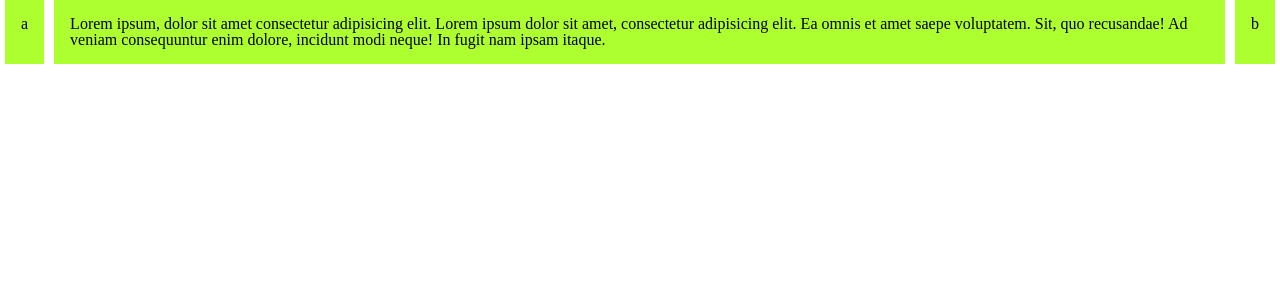
Repository: Giangattt123/HTML-CSS
Page: CSS/Flexbox/index.html
The author's editor kept a copy of each file at every save. The page is drawn from the files as they stood at one save, then again after the next save.
The browser window is 1280 px wide. The pictures show the whole page.

Above is the page before, as saved 2023-04-26 10:53:38.

### CSS/Flexbox/index.html
<!DOCTYPE html>
<html lang="en">
  <head>
    <meta charset="UTF-8" />
    <meta http-equiv="X-UA-Compatible" content="IE=edge" />
    <meta name="viewport" content="width=device-width, initial-scale=1.0" />
    <title>Flexbox</title>
    <link rel="stylesheet" href="style.css" />
    <link rel="stylesheet" href="reset.css" />
  </head>
  <body>
    <ul class="list">
      <li class="list-item">a</li>
      <li class="list-item">
        Lorem ipsum, dolor sit amet consectetur adipisicing elit. Lorem ipsum
        dolor sit amet, consectetur adipisicing elit. Ea omnis et amet saepe
        voluptatem. Sit, quo recusandae! Ad veniam consequuntur enim dolore,
        incidunt modi neque! In fugit nam ipsam itaque.
      </li>
      <li class="list-item">b</li>
    </ul>
  </body>
</html>

### CSS/Flexbox/style.css
*,
*:before *:after {
  box-sizing: border-box;
}
html {
  font-size: 62.5%;
}
body {
  font-family: "Poppins", sans-serif;
  font-size: 1.6rem;
  font-weight: normal;
}
img {
  display: block;
  max-width: 100%;
}
input,
textarea,
select,
button {
  outline: none;
}
input {
  line-height: normal;
}
label,
button {
  cursor: pointer;
}
a {
  text-decoration: none;
}
.list {
  display: flex;
  /* flex-direction: row-reverse; */
  align-items: stretch;
}
.list-item {
  padding: 1rem;
  background-color: greenyellow;
  margin: 0 5px;
}

Loaded but not shown: CSS/Flexbox/reset.css (common file)

After the next save:
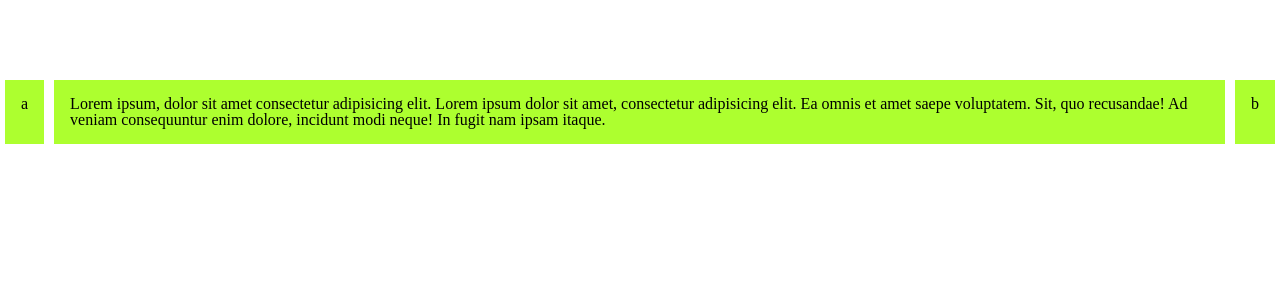
Saved 58 s later.
--- a/CSS/Flexbox/style.css
+++ b/CSS/Flexbox/style.css
@@ -39,4 +39,5 @@ a {
   padding: 1rem;
   background-color: greenyellow;
   margin: 0 5px;
+  margin-top: 5rem;
 }
